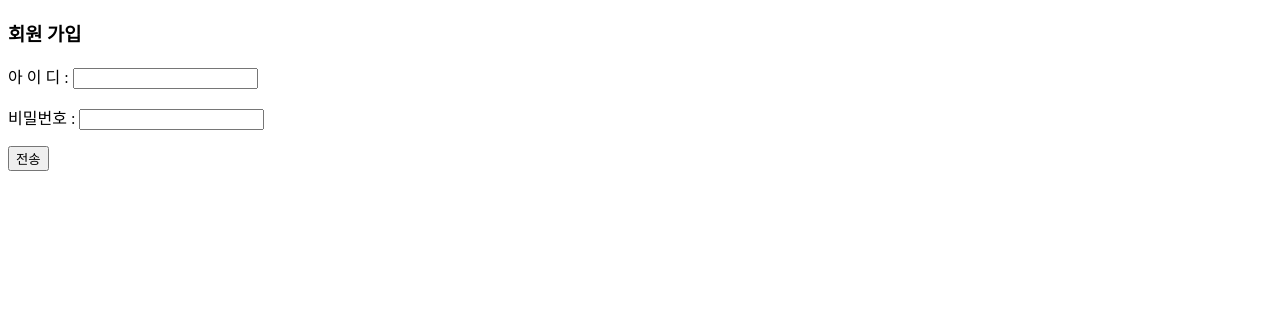
Repository: SJM7301/KH-JSP
Page: http://localhost/JSPBook/ch08/validation05.jsp
The author's editor kept a copy of each file at every save. The page is drawn from the files as they stood at one save, then again after the next save.
The browser window is 1280 px wide. The pictures show the whole page.
The page is served by Tomcat 10. Nobody is signed in. The application's start-up code is not run. Other server files are loaded and not shown.

Above is the page before, as saved 2025-02-06 08:03:02.

### JSPBook/src/main/webapp/ch08/validation05.jsp
<%@ page language="java" contentType="text/html; charset=UTF-8"
    pageEncoding="UTF-8"%>
<!DOCTYPE html>
<html>
<head>
<meta charset="UTF-8">
<title>Insert title here</title>
</head>

<script type="text/javascript">
	function checkLogin() {
		var form = document.loginForm;
		alert("아이디: " + form.id.value + "\n" + "비밀번호: " + form.passwd.value);

		for(i = 0; i < form.id.value.length; i++){
			var ch = form.id.value.charAt(i);

			if((ch < 'a' || ch > 'z') && (ch > 'A' || ch < 'Z') && (ch > '0' || ch < '9')){
				alert("아이디는 영문 소문자만 입력 가능합니다.");
				form.id.select();
				return;
			}
		}

		if(isNaN(form.passwd.value)){
			alert("비밀번호는 숫자만 입력 가능합니다.");
			form.passwd.select();
			return;
		}
		form.submit();
	}
</script>

<body>
	<h3>회원 가입</h3>
	<form action="validation05_process.jsp" method="post" name="loginForm">
		<p> 아 이 디 : <input type="text" name="id">
		<p> 비밀번호 : <input type="password" name="passwd">
		<p> <input type="button" value="전송" onclick="checkLogin()">
	</form>
</body>
</html>

After the next save:
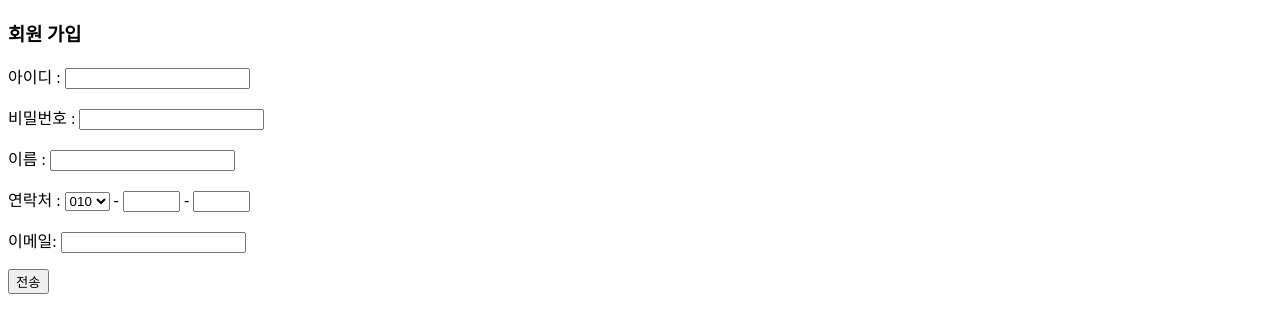
Saved 4 min 12 s later.
--- a/JSPBook/src/main/webapp/ch08/validation05.jsp
+++ b/JSPBook/src/main/webapp/ch08/validation05.jsp
@@ -33,9 +33,20 @@
 
 <body>
 	<h3>회원 가입</h3>
-	<form action="validation05_process.jsp" method="post" name="loginForm">
-		<p> 아 이 디 : <input type="text" name="id">
+	<form action="validation05_process.jsp" method="post" name="Member">
+		<p> 아이디 : <input type="text" name="id">
 		<p> 비밀번호 : <input type="password" name="passwd">
+		<p> 이름 : <input type="text" name="name">
+		<p> 연락처 : <select name="phone1">
+					<option value="010">010</option>
+					<option value="011">011</option>
+					<option value="016">016</option>
+					<option value="017">017</option>
+					<option value="019">019</option>
+				</select> -
+				<input type="text" maxlength="4" size="4" name="phone2"> -
+				<input type="text" maxlength="4" size="4" name="phone3">
+		<p> 이메일: <input type="text" name="email">
 		<p> <input type="button" value="전송" onclick="checkLogin()">
 	</form>
 </body>
